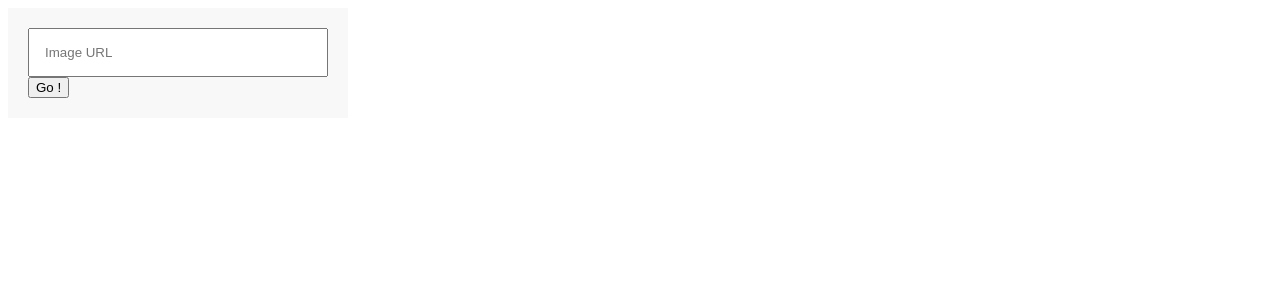
Repository: MascarenhasLF/extension-images
Page: index.html
The author's editor kept a copy of each file at every save. The page is drawn from the files as they stood at one save, then again after a run of saves.
The browser window is 1280 px wide. The pictures show the whole page.

Above is the page before, as saved 2022-08-04 10:10:02.

After the next 2 saves:
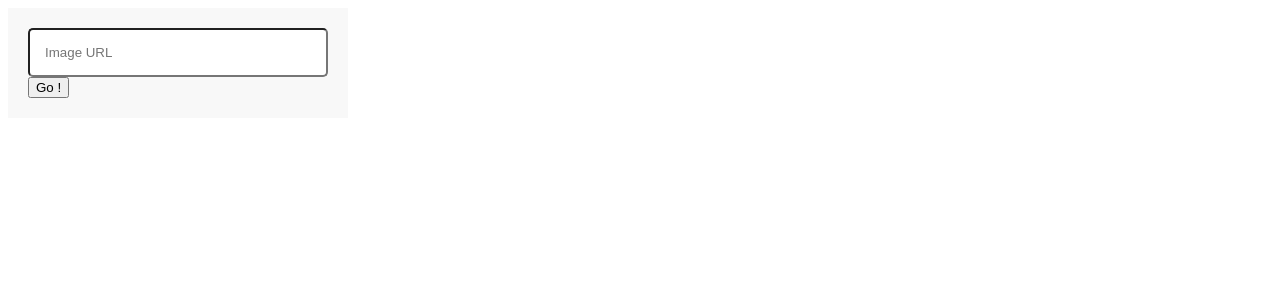
The 2 saves are shown as one change because they came seconds apart.
The last was saved 8 s later.
--- a/style.css
+++ b/style.css
@@ -10,5 +10,5 @@ form {
     width: 100%;
     padding: 15px;
     outline: none;
-    border
+    border-radius: 5px;
 }
